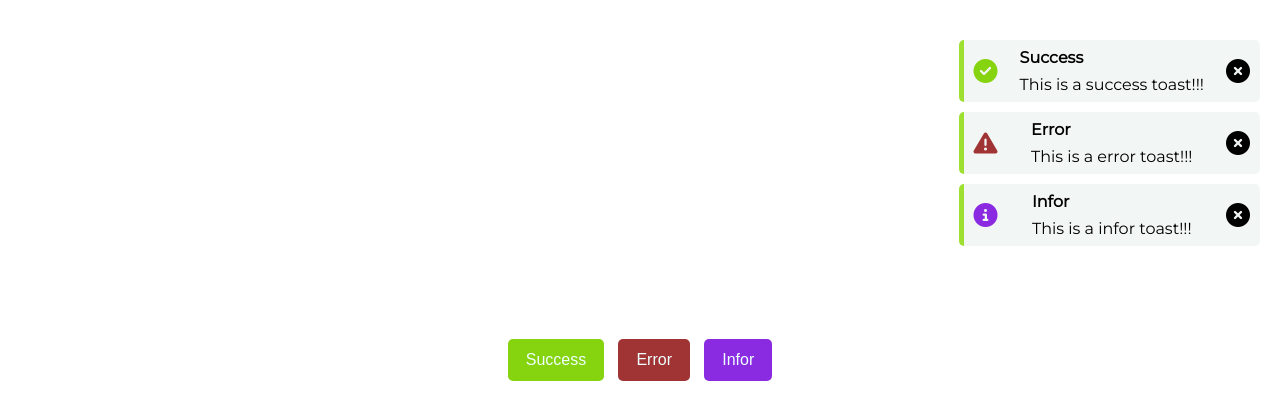
Repository: thuynguyen0964/Toast-Cooler
Page: index.html
These files come from the project's save history. The page is drawn as it stood at one moment and after a run of saves; the edit follows.
The browser window is 1280 px wide. The pictures show the whole page.
After loading, the first visible `#success` was clicked once.

Above is the page before, as saved 2023-01-26 20:54:40.

After the next 4 saves:
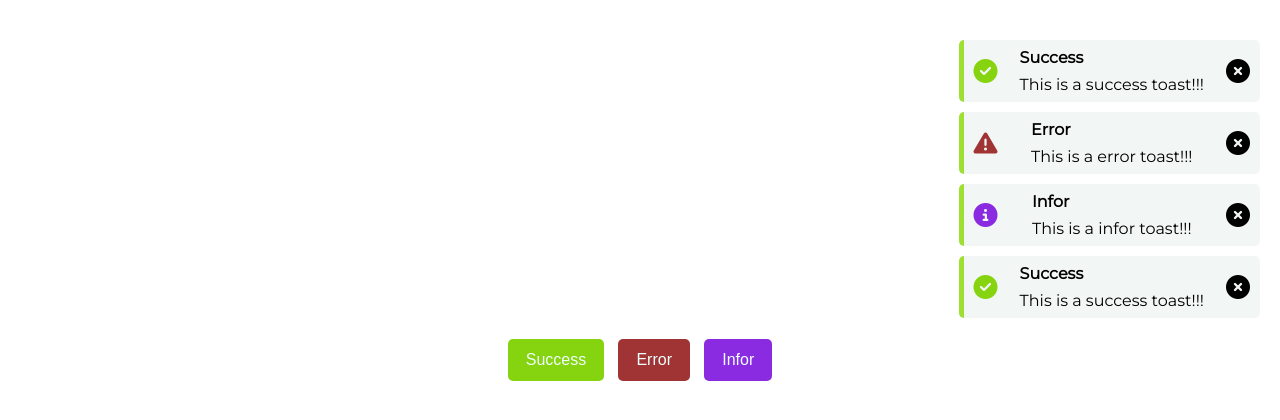
The 4 saves are shown as one change because they came seconds apart.
The last was saved 11 s later.
--- a/app/main.js
+++ b/app/main.js
@@ -16,7 +16,7 @@
                         <i class="fa-solid fa-circle-xmark"></i>
                     </div>`;
 
-
+    container.appendChild(toast);
 }
 
 btns.forEach((value)=>{
